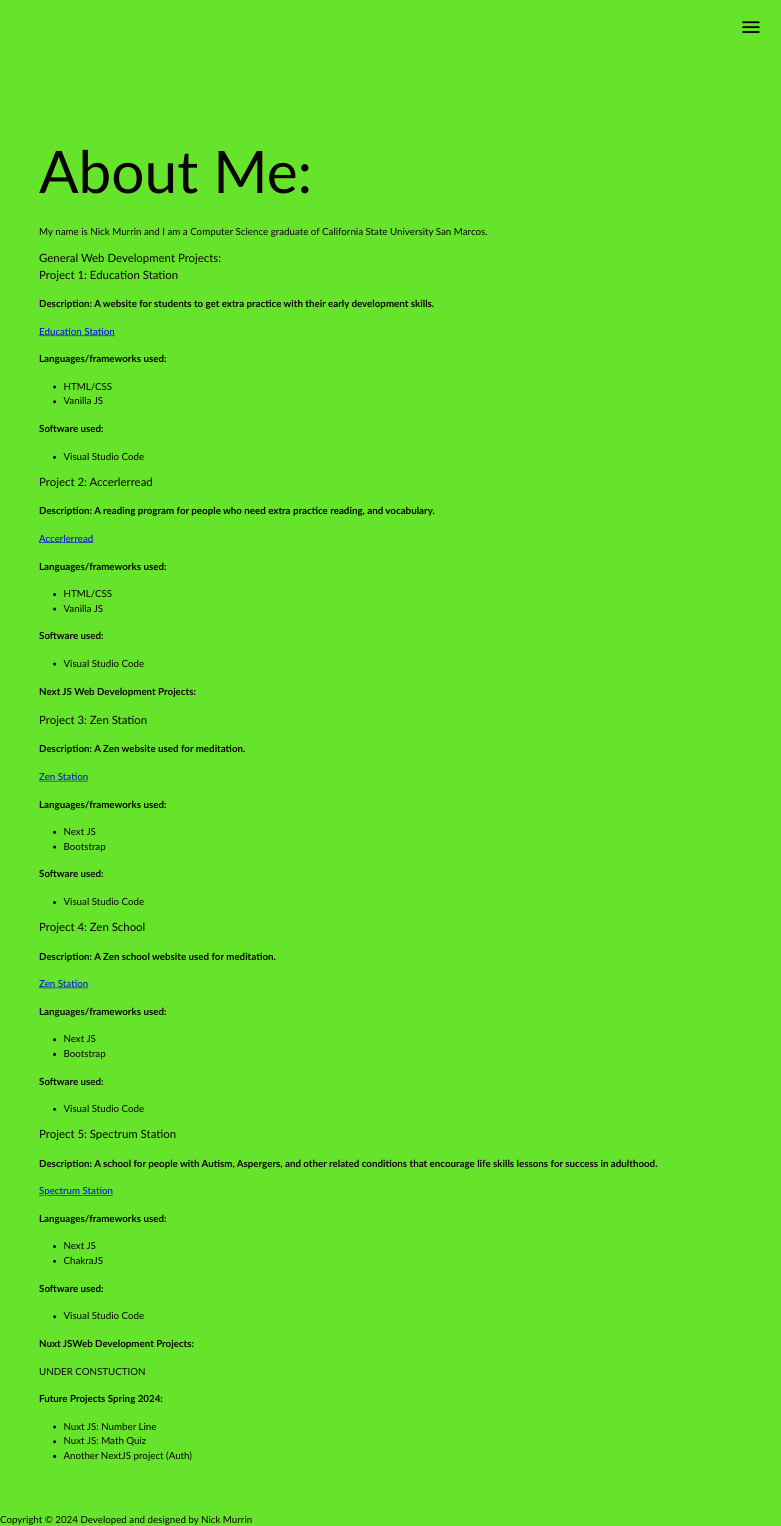
Repository: collegedude9300/modernport
Page: about.html
The author's editor kept a copy of each file at every save. The page is drawn from the files as they stood at one save, then again after the next save.
The browser window is 1280 px wide. The pictures show the whole page, at 61% of full size.

Above is the page before, as saved 2024-01-14 12:44:57.

After the next save:
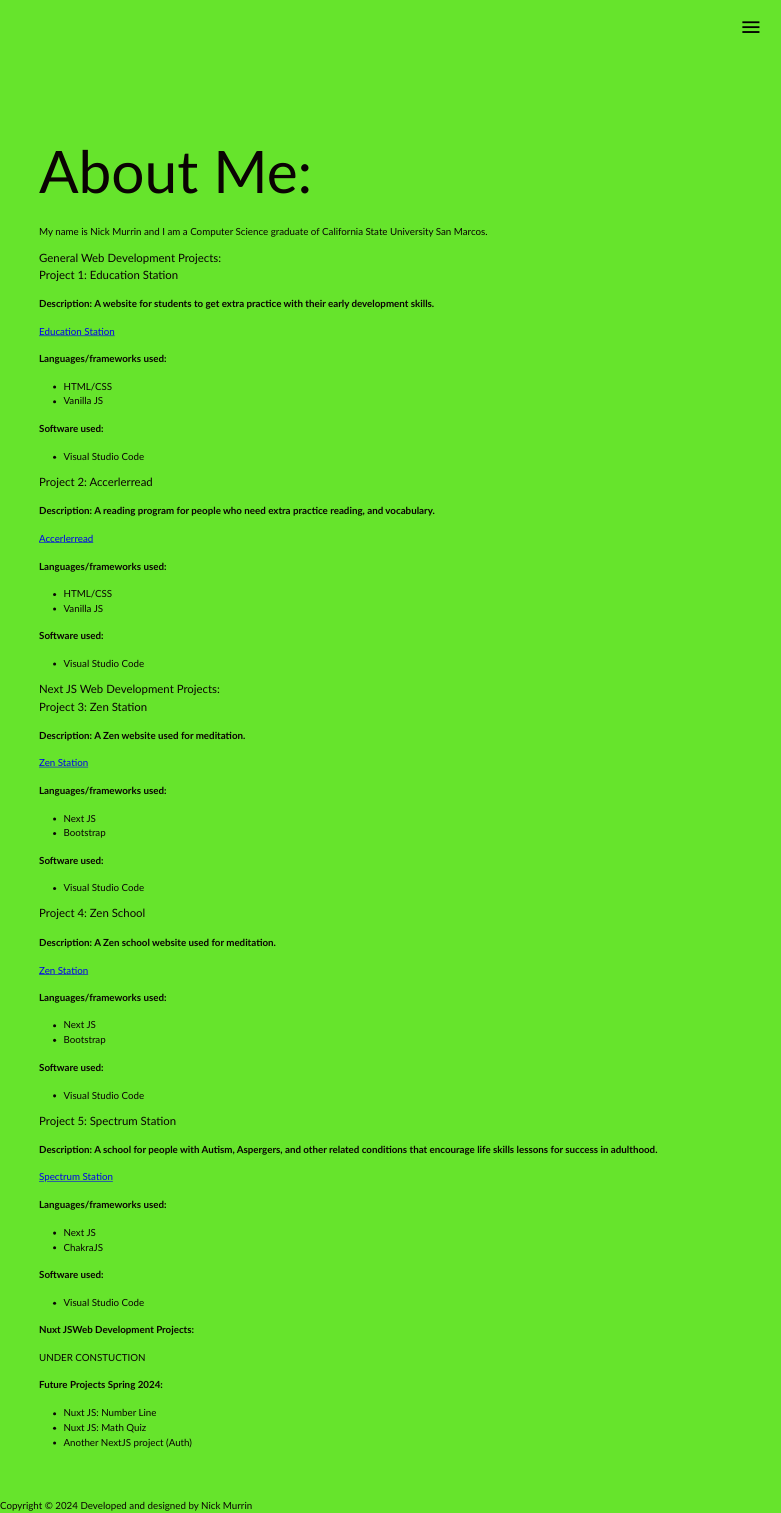
Saved 28 s later.
--- a/about.html
+++ b/about.html
@@ -81,7 +81,7 @@ About Me:
     <li> Visual Studio Code  </li>
     </ul>
       </div>
-      <h4>   Next JS Web Development Projects:</h4>
+      <h3>   Next JS Web Development Projects:</h3>
 <div class="project3">
         <h3>Project 3: Zen Station</h3>
         <h4>Description: A Zen website used for meditation.</h4>
